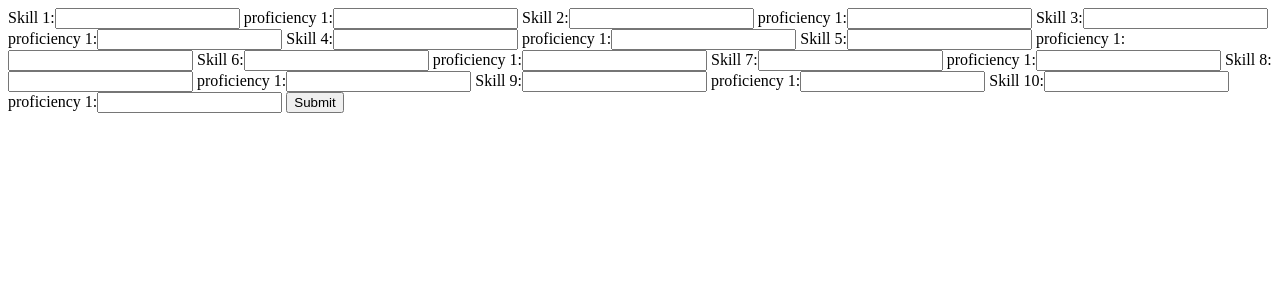
Repository: henokkeleta/SpringIt2
Page: http://localhost/WeekFour/Skill_1.jsp
These files come from the project's save history. The page is drawn as it stood at one moment and after the next save; the edit follows.
The browser window is 1280 px wide. The pictures show the whole page.
The page is served by Tomcat 9. Other server files are loaded and not shown.

Above is the page before, as saved 2017-06-16 21:45:06.

### WeekFour/WebContent/Skill_1.jsp
<%@ page language="java" contentType="text/html; charset=UTF-8"
    pageEncoding="UTF-8"%>
<!DOCTYPE html PUBLIC "-//W3C//DTD HTML 4.01 Transitional//EN" "http://www.w3.org/TR/html4/loose.dtd">
<html>
<head>
<meta http-equiv="Content-Type" content="text/html; charset=UTF-8">
<title>Insert title here</title>
</head>
<body>
<form action = "SkillServlet" method = "post">
Skill 1:<input type = "text" name = "Skill1">
proficiency 1:<input type = "text" name = "proficiency1">
Skill 2:<input type = "text" name = "Skill2" >
proficiency 1:<input type = "text" name = "proficiency1">
Skill 3:<input type = "text" name = "Skill3" >
proficiency 1:<input type = "text" name = "proficiency1">
Skill 4:<input type = "text" name = "Skill4" >
proficiency 1:<input type = "text" name = "proficiency1">
Skill 5:<input type = "text" name = "Skill5" >
proficiency 1:<input type = "text" name = "proficiency1">
Skill 6:<input type = "text" name = "Skill6" >
proficiency 1:<input type = "text" name = "proficiency1">
Skill 7:<input type = "text" name = "Skill7" >
proficiency 1:<input type = "text" name = "proficiency1">
Skill 8:<input type = "text" name = "Skill8" >
proficiency 1:<input type = "text" name = "proficiency1">
Skill 9:<input type = "text" name = "Skill9" >
proficiency 1:<input type = "text" name = "proficiency1">
Skill 10:<input type = "text"name = "Skill10">
proficiency 1:<input type = "text" name = "proficiency1">
<input type = "Submit" value = "Submit">
</form>
</body>
</html>

After the next save:
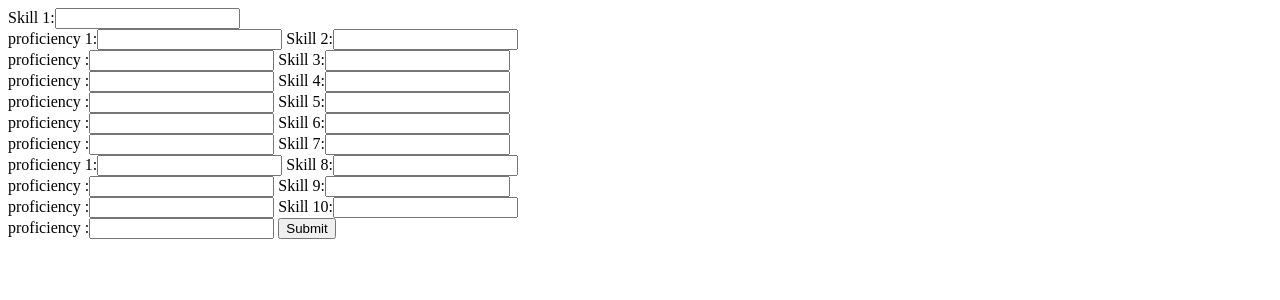
Saved 3 min 6 s later.
--- a/WeekFour/WebContent/Skill_1.jsp
+++ b/WeekFour/WebContent/Skill_1.jsp
@@ -8,26 +8,26 @@
 </head>
 <body>
 <form action = "SkillServlet" method = "post">
-Skill 1:<input type = "text" name = "Skill1">
+Skill 1:<input type = "text" name = "Skill1"> <br>
 proficiency 1:<input type = "text" name = "proficiency1">
-Skill 2:<input type = "text" name = "Skill2" >
-proficiency 1:<input type = "text" name = "proficiency1">
-Skill 3:<input type = "text" name = "Skill3" >
-proficiency 1:<input type = "text" name = "proficiency1">
-Skill 4:<input type = "text" name = "Skill4" >
-proficiency 1:<input type = "text" name = "proficiency1">
-Skill 5:<input type = "text" name = "Skill5" >
-proficiency 1:<input type = "text" name = "proficiency1">
-Skill 6:<input type = "text" name = "Skill6" >
-proficiency 1:<input type = "text" name = "proficiency1">
-Skill 7:<input type = "text" name = "Skill7" >
-proficiency 1:<input type = "text" name = "proficiency1">
-Skill 8:<input type = "text" name = "Skill8" >
-proficiency 1:<input type = "text" name = "proficiency1">
-Skill 9:<input type = "text" name = "Skill9" >
-proficiency 1:<input type = "text" name = "proficiency1">
-Skill 10:<input type = "text"name = "Skill10">
-proficiency 1:<input type = "text" name = "proficiency1">
+Skill 2:<input type = "text" name = "Skill2" > <br>
+proficiency :<input type = "text" name = "proficiency2">
+Skill 3:<input type = "text" name = "Skill3" > <br>
+proficiency :<input type = "text" name = "proficiency3">
+Skill 4:<input type = "text" name = "Skill4" > <br>
+proficiency :<input type = "text" name = "proficiency4">
+Skill 5:<input type = "text" name = "Skill5" > <br>
+proficiency :<input type = "text" name = "proficiency5">
+Skill 6:<input type = "text" name = "Skill6" > <br>
+proficiency :<input type = "text" name = "proficiency6">
+Skill 7:<input type = "text" name = "Skill7" > <br>
+proficiency 1:<input type = "text" name = "proficiency7">
+Skill 8:<input type = "text" name = "Skill8" > <br>
+proficiency :<input type = "text" name = "proficiency8">
+Skill 9:<input type = "text" name = "Skill9" > <br>
+proficiency :<input type = "text" name = "proficiency9">
+Skill 10:<input type = "text"name = "Skill10"> <br>
+proficiency :<input type = "text" name = "proficiency10">
 <input type = "Submit" value = "Submit">
 </form>
 </body>
